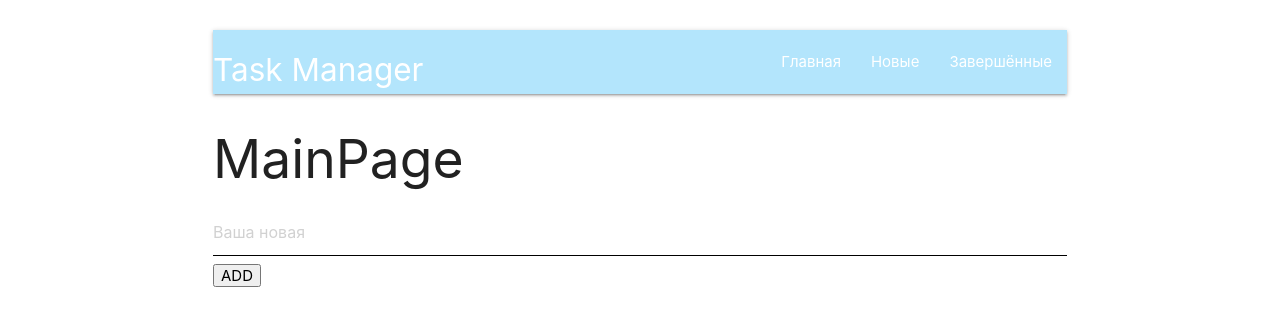
Repository: iveivs/myReactTaskManager
Page: /
These files come from the project's save history. The page is drawn as it stood at one moment and after a run of saves; the edit follows.
The browser window is 1280 px wide. The pictures show the whole page.
The project was rebuilt for these pictures with package versions that can differ from the ones it lists, and the page was loaded fresh each time. Also part of the build but not shown: vite.config.js, src/components/DoneTasks.jsx, src/components/NewTasks.jsx.

Above is the page before, as saved 2024-02-12 08:35:37.

### index.html
<!doctype html>
<html lang="en">
  <head>
    <meta charset="UTF-8" />
    <link rel="icon" type="image/svg+xml" href="/vite.svg" />
    <meta name="viewport" content="width=device-width, initial-scale=1.0" />
    <link rel="stylesheet" href="https://cdnjs.cloudflare.com/ajax/libs/materialize/1.0.0/css/materialize.min.css">
    <link href="https://fonts.googleapis.com/icon?family=Material+Icons" rel="stylesheet">
    <title>Task Manager</title>
  </head>
  <body>
    <div id="root"></div>
    <script type="module" src="/src/main.jsx"></script>
  </body>
</html>

### src/main.jsx
import React from 'react'
import ReactDOM from 'react-dom/client'
import { BrowserRouter } from 'react-router-dom';
import App from './App.jsx'
import './index.css'

ReactDOM.createRoot(document.getElementById('root')).render(
  <BrowserRouter>
    <App />
  </BrowserRouter>,
)

### src/App.jsx
import { useState } from 'react'
import { Routes, Route } from 'react-router-dom'
import './App.css'
import DoneTasks from './components/DoneTasks'
import Header from './components/Header'
import MainPage from './components/MainPage'
import NewTasks from './components/NewTasks'

function App() {
  const [input, setInput] = useState('')
  const [tasks, setTasks] = useState([])

  const handleChance = (event) => {
    setInput(event.target.value)
    console.log('target',event.target.value);
    console.log('input',input);
  }

  const handleClick = () => {
    setTasks([...tasks, input])
    console.log('click');
    console.log(tasks);
    setInput('')
  }

  return (
    <>
      <div className="container">
        <Header  />
        <Routes>
          <Route index element={<MainPage />} />
          <Route path="/new" element={<NewTasks />} />
          <Route path="/done" element={<DoneTasks  />} />
        </Routes>
        <input
          placeholder='Ваша новая'
          className='inputMain'
          value={input}
          onChange={(e) => handleChance(e)}
          type="text" />
        <button onClick={handleClick}>ADD</button>
        { input && <h4>{input}</h4> }
        { tasks && (
          tasks.map(e => <p key={e}>task: {e}</p>)
        )}
      </div>

    </>
  )
}

export default App

### src/index.css
.inputMain {
    border-bottom: 1px solid #000 !important;
}

### src/App.css
#root {
  max-width: 1280px;
  margin: 0 auto;
  padding: 2rem;

}

### src/components/Header.jsx
import { Link } from "react-router-dom";

export default function Header() {
    return (
        <nav className="light-blue lighten-4">
            <div className="nav-wrapper">
                <h4 className="brand-logo">
                    Task Manager
                </h4>
                <ul id="nav-mobile" className="right hide-on-med-and-down">
                    <li>
                        <Link to="/">Главная</Link>
                    </li>
                    <li>
                        <Link to="/new">Новые</Link>
                    </li>
                    <li>
                        <Link to="/done">Завершённые</Link>
                    </li>
                </ul>
            </div>
        </nav>
    );
}

### src/components/MainPage.jsx
export default function MainPage () {
    return (
        <div>
            <h2>MainPage</h2>
        </div>
    )
}

After the next 2 saves:
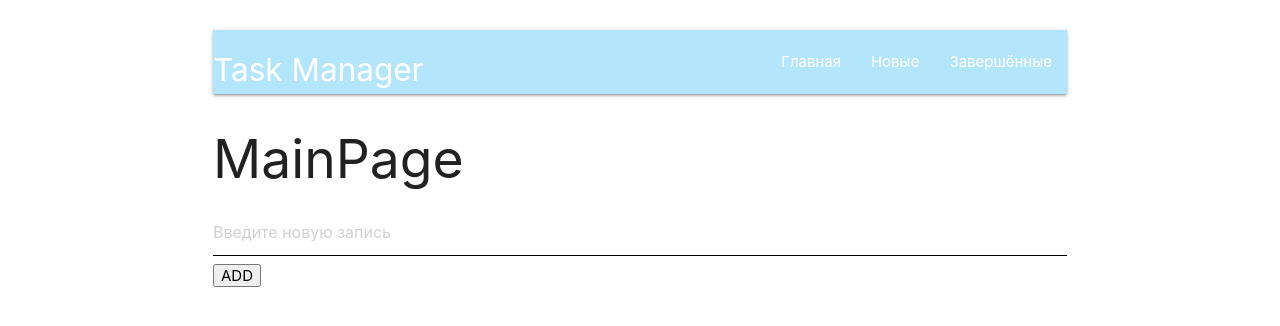
The 2 saves are shown as one change because they came seconds apart.
The last was saved 8 s later.
--- a/src/App.jsx
+++ b/src/App.jsx
@@ -33,7 +33,7 @@ function App() {
           <Route path="/done" element={<DoneTasks  />} />
         </Routes>
         <input
-          placeholder='Ваша новая'
+          placeholder='Введите новую запись'
           className='inputMain'
           value={input}
           onChange={(e) => handleChance(e)}
